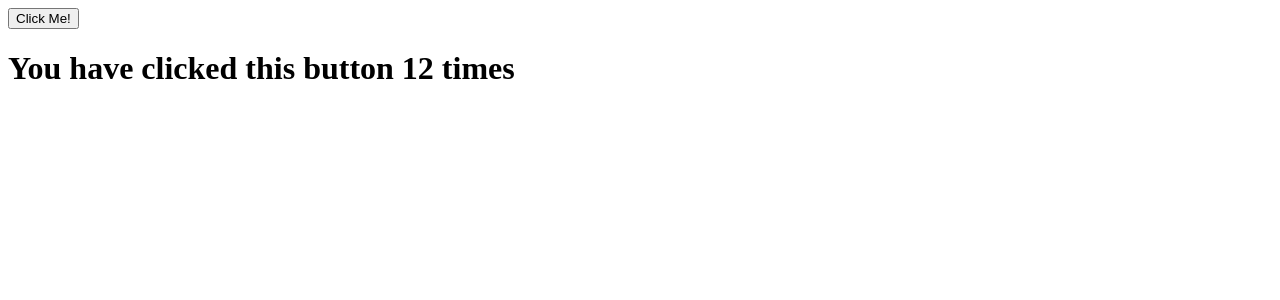
Repository: harshithamagani/Java-Basics
Page: http://localhost/counter/
The author's editor kept a copy of each file at every save. The page is drawn from the files as they stood at one save, then again after the next save.
The browser window is 1280 px wide. The pictures show the whole page.
The page is served by Tomcat 9.

Above is the page before, as saved 2019-11-05 02:39:55.

After the next save:
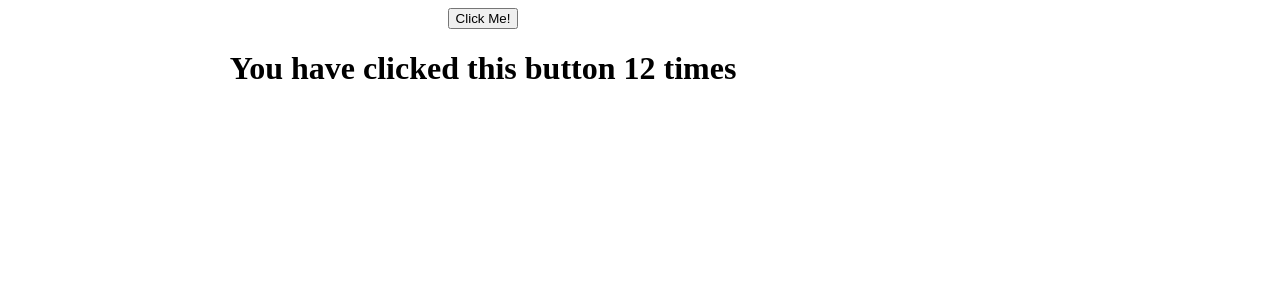
Saved 23 s later.
--- a/counter/WebContent/WEB-INF/index.jsp
+++ b/counter/WebContent/WEB-INF/index.jsp
@@ -11,7 +11,7 @@
 	height:100px;
 	}
 	#container{
-	margin: 0 auto;
+	text-align: center;
 	}
 </style>
 </head>
